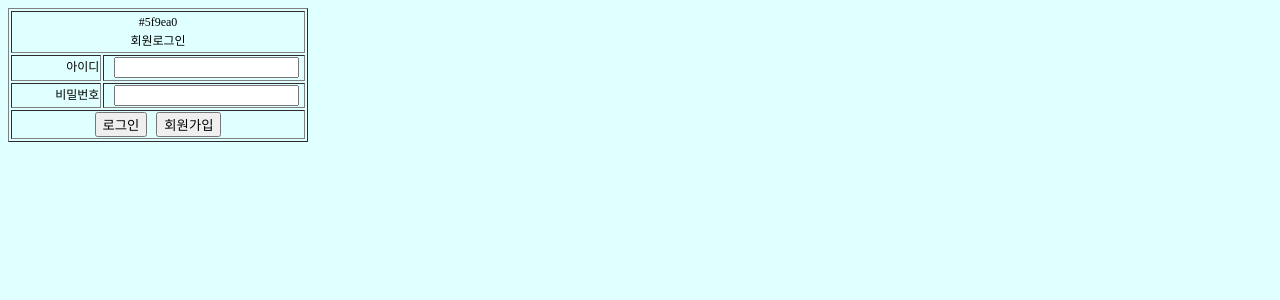
Repository: sunhannn/JSPworkspace
Page: http://localhost/ServletProject/cookie/cookieMemberLogin.jsp
The author's editor kept a copy of each file at every save. The page is drawn from the files as they stood at one save, then again after the next save.
The browser window is 1280 px wide. The pictures show the whole page.
The page is served by Tomcat 9. Other server files are loaded and not shown.

Above is the page before, as saved 2022-08-19 06:59:49.

### ServletProject/src/main/webapp/cookie/cookieMemberLogin.jsp
<%@ page language="java" contentType="text/html; charset=UTF-8"
    pageEncoding="UTF-8"%>
    <%@ include file = "color.jsp" %>
<!DOCTYPE html>
<html>
<head>
<meta charset="UTF-8">
<title>쿠키를 활용한 회원인증 프로그램</title>
<link href="style.css" rel="stylesheet type="text/css">
</head>
<body bgcolor="<%=bodyback_c%>">


<form action="loginproc.jsp" method="post">
<table width="300" border="1">
<tr>
  <td colspan="2" align="center"><%=title_c%>
    <div align="center">회원로그인</td>
</tr>

<tr>
  <td width="100" align="right">아이디</td>
  <td width="200">&nbsp;&nbsp;
    <input type="text" name="id" size="20">
    </td>
</tr>
<tr>
  <td width="100" align="right">비밀번호</td>
  <td width="200">&nbsp;&nbsp;
    <input type="password" name="pass" size="20">
    </td>
</tr>
<tr>
  <td colspan="2" align="center">
    <input type="submit" value="로그인">&nbsp;&nbsp;
    <input type="button" value="회원가입"
    onclick="javascript:window.location='regForm.jsp'">
    </td>
</tr>
</table></form>
</body>
</html>

### ServletProject/src/main/webapp/cookie/color.jsp
<%@ page language="java" contentType="text/html; charset=UTF-8"
    pageEncoding="UTF-8"%>
<!DOCTYPE html>
<%
String bodyback_c ="#e0ffff";
String back_c = "#8fbc8f";
String title_c = "#5f9ea0";
String value_c = "#b0e0e6";
String bar = "#778899";




%>

### ServletProject/src/main/webapp/cookie/style.css
@charset "UTF-8";

BODY{
	font-size: 9pt;
	color: black;
	line-height: 160%;
}

TD{
	font-size: 9pt;
	color: black;
	line-height: 160%;
}

SELECT{
	font-size: 9pt;
	color: black;
	line-height: 160%;
}

DIV {
	font-size: 9pt;
	color: black;
	line-height: 160%;
}

FORM{
	font-size: 9pt;
	color: black;
	line-height: 160%;
}

After the next save:
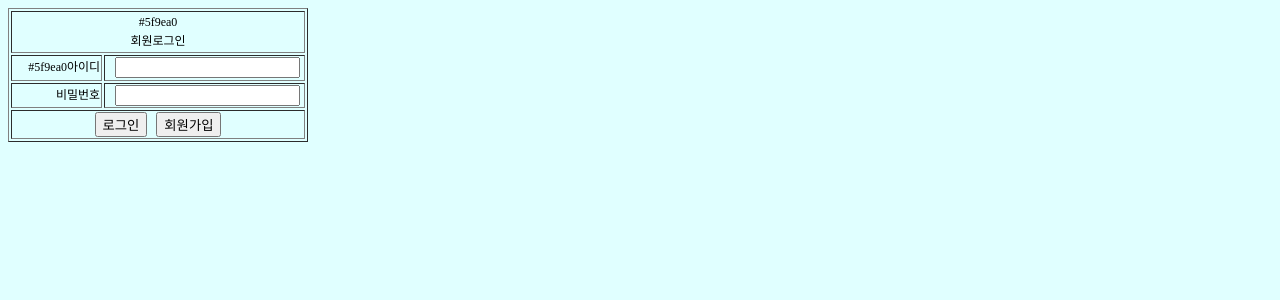
Saved 17 s later.
--- a/ServletProject/src/main/webapp/cookie/cookieMemberLogin.jsp
+++ b/ServletProject/src/main/webapp/cookie/cookieMemberLogin.jsp
@@ -19,7 +19,7 @@
 </tr>
 
 <tr>
-  <td width="100" align="right">아이디</td>
+  <td width="100" align="right"><%=title_c%>아이디</td>
   <td width="200">&nbsp;&nbsp;
     <input type="text" name="id" size="20">
     </td>
